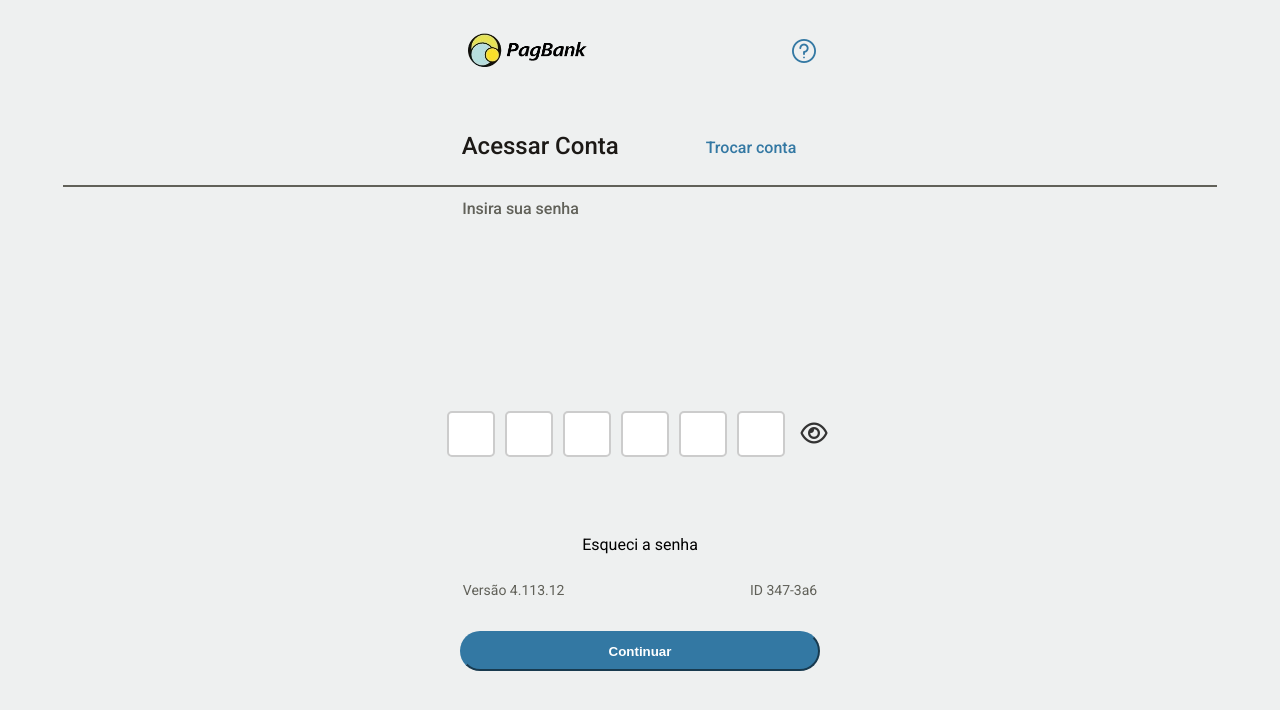
Repository: alfredo-allan/pagseguro
Page: senha.html
An editor plug-in stored every save of this project. The page is shown before and after the next save, followed by the edit.
The browser window is 1280 px wide. The pictures show the whole page.
Some web libraries are served in a nearby version.

Above is the page before, as saved 2024-07-24 22:16:14.
Console error: TypeError: Cannot read properties of undefined (reading 'style')

### senha.html
<!DOCTYPE html>
<html lang="pt-br">
  <head>
    <meta charset="UTF-8" />
    <meta name="viewport" content="width=device-width, initial-scale=1.0" />
    <link rel="icon" href="/favicon.ico" type="image/x-icon" />
    <link rel="stylesheet" href="./style.css" />
    <link rel="preconnect" href="https://fonts.googleapis.com" />
    <link rel="preconnect" href="https://fonts.gstatic.com" crossorigin />
    <link
      href="https://fonts.googleapis.com/css2?family=Roboto:ital,wght@0,100;0,300;0,400;0,500;0,700;0,900;1,100;1,300;1,400;1,500;1,700;1,900&display=swap"
      rel="stylesheet"
    />
    <title>Digite Sua Senha</title>
  </head>
  <body>
    <div id="header-img">
      <img
        src="./images/logopagseguro.png"
        alt=""
        style="width: 120px; position: fixed; margin: -15px -173px"
      />
      <img
        src="./images/sinal-de-interrogacao.png"
        alt=""
        style="position: fixed; margin: 0px 152px"
      />
    </div>
    <div style="display: flex">
      <h1
        style="
          font-weight: 500;
          font-size: 24px;
          color: #1c1916;
          margin-right: 65px;
        "
      >
        Acessar Conta
      </h1>
      <span
        id="trocar-conta"
        style="margin: 22px; font-weight: 500; color: var(--cor--azul)"
        >Trocar conta</span
      >
    </div>
    <div
      id="linha"
      style="
        color: #1c19168a;
        border: 1px solid;
        margin-top: 32px;
        width: 90%;
        margin-top: -141px;
        color: #616159;
      "
    ></div>
    <span
      style="
        margin-top: -250px;
        margin-left: -239px;
        font-weight: 500;
        color: #616159;
      "
      >Insira sua senha</span
    >
    <div class="password-container">
      <div class="password-box">
        <input type="password" maxlength="1" class="password-input" />
        <input type="password" maxlength="1" class="password-input" />
        <input type="password" maxlength="1" class="password-input" />
        <input type="password" maxlength="1" class="password-input" />
        <input type="password" maxlength="1" class="password-input" />
        <input type="password" maxlength="1" class="password-input" />
      </div>
      <button id="toggle-password" class="toggle-password">
        <i id="eye-icon" class="fa fa-eye"></i>
      </button>
    </div>
    <span>Esqueci a senha</span>
    <div
      id="versao"
      style="
        text-align: center;
        margin-bottom: 15px;
        color: #616159;
        font-size: 14px;
        position: fixed;
        margin-top: 475px;
      "
    >
      <span style="margin-right: 182px">Versão 4.113.12</span>
      <span>ID 347-3a6</span>
    </div>
    <button
      style="
        margin-bottom: 10px;
        height: 40px;
        width: 360px;
        border-radius: 20px;
        background-color: var(--cor--azul);
        color: white;
        font-weight: 800;
        border-color: var(--cor--azul);
      "
      id="btn-continuar"
    >
      Continuar
    </button>
    <script src="https://kit.fontawesome.com/a076d05399.js"></script>
    <script src="script.js"></script>
  </body>
</html>

### style.css
:root {
  --main-font: "Roboto", sans-serif;
  --cor--cinza: #eef0f0;
  --cor--cinza-escuro: #616159;
  --cor--preto: #1c1916;
  --cor--azul: #3378a3;
}

body {
  background-color: var(--cor--cinza);
  font-family: var(--main-font);
  display: grid;
  place-items: center; /* Centraliza vertical e horizontalmente */
}

html,
body {
  height: 100%;
  margin: 0;
}

.slideshow-container {
  position: relative;
  max-width: 100%;
  margin: auto;
}

.mySlides {
  display: none; /* Oculta os slides por padrão */
  position: relative;
  text-align: center;
  h1 {
    font-size: 24px;
    margin-top: 56px;
    font-weight: 400;
    margin-left: 12px;
    text-align: left;
    color: var(--cor--preto);
  }
  p {
    text-align: left;
    padding: 37px 13px;
    margin-top: -36px;
    color: var(--cor--cinza-escuro);
  }
}

.mySlides img {
  width: 94%; /* Ajusta a imagem para ocupar a largura do container */
}

#logo {
  img {
    position: absolute;
    margin: -220px 9px;
    width: 115px;
  }
}

#negrini #negrini2 #negrini3 {
  margin-top: 5px;
  height: 320px;
  width: 375px;
}

.indicadores {
  position: relative;
  display: flex;
  justify-content: center;
  margin-top: 20px;
  margin-top: -193px;
  margin-left: 269px;
}

.circulo {
  width: 8px;
  height: 8px;
  border-radius: 50%;
  background-color: #bdbdbd;
  margin: 0 11px;
  cursor: pointer;
}

.circulo.active {
  background-color: var(--cor--azul); /* Cor quando ativo */
}

.oblongo {
  position: absolute;
  bottom: -1px;
  left: 2px;
  width: 30px;
  height: 10px;
  background-color: var(--cor--azul);
  border-radius: 5px;
  transition: left 0.3s ease;
}

div#btn {
  text-align: center;
  display: grid;
  position: relative;
  margin-top: 195px;
  button#abrir-conta {
    margin-bottom: 10px;
    height: 40px;
    width: 360px;
    border-radius: 20px;
    background-color: var(--cor--azul);
    color: white;
    font-weight: 800;
    border-color: var(--cor--azul);
  }

  button:focus {
    outline: none; /* Remove o contorno de foco ao clicar */
  }
  button#login {
    width: 360px;
    height: 40px;
    font-weight: 800;
    border-radius: 20px;
    outline: none;
    border: none;
    color: var(--cor--azul);
  }
}

/* barra de carregando */
.lds-ring,
.lds-ring div {
  box-sizing: border-box;
}
.lds-ring {
  display: inline-block;
  position: relative;
  width: 80px;
  height: 80px;
}
.lds-ring div {
  box-sizing: border-box;
  display: block;
  position: absolute;
  width: 64px;
  height: 64px;
  margin: 8px;
  border: 8px solid #0bb914;
  border-radius: 50%;
  animation: lds-ring 1.2s cubic-bezier(0.5, 0, 0.5, 1) infinite;
  border-color: #0bb914 transparent transparent transparent;
}
.lds-ring div:nth-child(1) {
  animation-delay: -0.45s;
}
.lds-ring div:nth-child(2) {
  animation-delay: -0.3s;
}
.lds-ring div:nth-child(3) {
  animation-delay: -0.15s;
}
@keyframes lds-ring {
  0% {
    transform: rotate(0deg);
  }
  100% {
    transform: rotate(360deg);
  }
}

/* Campo de senha */

.password-container {
  display: flex;
  align-items: center;
}

.password-box {
  display: flex;
  gap: 10px;
}

.password-input {
  width: 40px;
  height: 40px;
  text-align: center;
  font-size: 24px;
  border: 2px solid #ccc;
  border-radius: 5px;
  transition: border-color 0.3s;
}

.password-input:focus {
  border-color: #66afe9;
  outline: none;
}

.toggle-password {
  background: none;
  border: none;
  cursor: pointer;
  margin-left: 10px;
  font-size: 24px;
  color: #333;
}

.toggle-password:focus {
  outline: none;
}

### script.js
let slideIndex = 1;
showSlides(slideIndex);

// Função para mostrar o slide atual
function showSlides(n) {
  const slides = document.getElementsByClassName("mySlides");
  const circles = document.getElementsByClassName("circulo");

  if (n > slides.length) {
    slideIndex = 1;
  }
  if (n < 1) {
    slideIndex = slides.length;
  }

  // Esconde todos os slides
  for (let i = 0; i < slides.length; i++) {
    slides[i].style.display = "none";
  }

  // Remove a classe 'active' de todos os círculos
  for (let i = 0; i < circles.length; i++) {
    circles[i].className = circles[i].className.replace(" active", "");
  }

  // Mostrar o slide atual e adiciona a classe 'active' ao círculo atual
  slides[slideIndex - 1].style.display = "block";
  circles[slideIndex - 1].className += " active";
  updateIndicators();
}

// Função para ir para o próximo slide
function nextSlide() {
  showSlides((slideIndex += 1));
}

// Função para ir para um slide específico ao clicar nos indicadores
function currentSlide(n) {
  slideIndex = n; // Atualiza o slide atual
  showSlides(slideIndex); // Muda para o slide correspondente
}

// Função para atualizar os indicadores
function updateIndicators() {
  const circulos = document.querySelectorAll(".circulo");
  const oblongo = document.getElementById("indicador");

  // Remove a classe 'active' de todos os círculos
  circulos.forEach((circulo, idx) => {
    circulo.classList.remove("active");
    if (idx + 1 === slideIndex) {
      circulo.classList.add("active");
    }
  });

  // Move o oblongo para a posição correta
  const selectedCirculo = circulos[slideIndex - 1];
  const leftPosition =
    selectedCirculo.offsetLeft +
    selectedCirculo.offsetWidth / 2 -
    oblongo.offsetWidth / 2;
  oblongo.style.left = leftPosition + "px";
}

// Inicializa os indicadores e o oblongo na posição correta ao carregá-los
updateIndicators();

// Transição automática a cada 1.5 segundos
setInterval(() => {
  nextSlide();
}, 1500);

// esconder e ler senha
document
  .getElementById("toggle-password")
  .addEventListener("click", function () {
    const inputs = document.querySelectorAll(".password-input");
    const eyeIcon = document.getElementById("eye-icon");

    inputs.forEach((input) => {
      if (input.type === "password") {
        input.type = "text";
        eyeIcon.classList.remove("fa-eye");
        eyeIcon.classList.add("fa-eye-slash");
      } else {
        input.type = "password";
        eyeIcon.classList.remove("fa-eye-slash");
        eyeIcon.classList.add("fa-eye");
      }
    });
  });

After the next save:
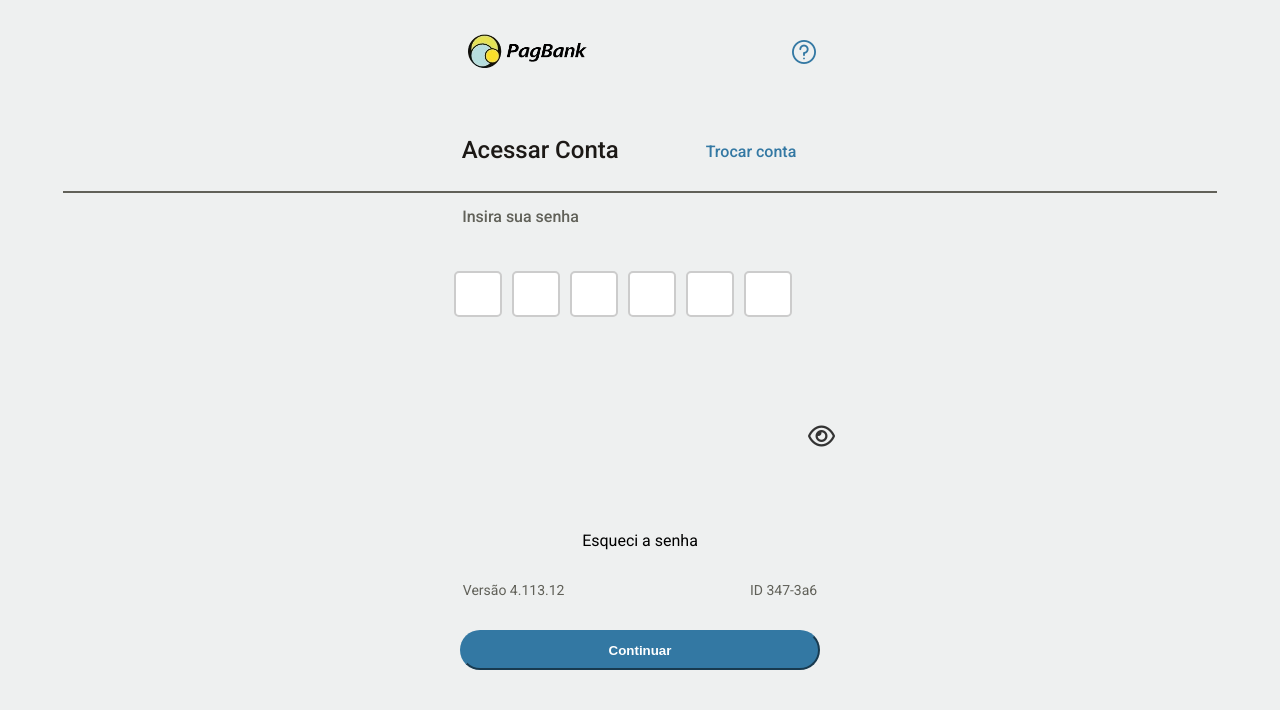
Saved 4 min 11 s later.
--- a/style.css
+++ b/style.css
@@ -177,6 +177,8 @@
 .password-box {
   display: flex;
   gap: 10px;
+  margin-top: -285px;
+  margin-left: 15px;
 }
 
 .password-input {
